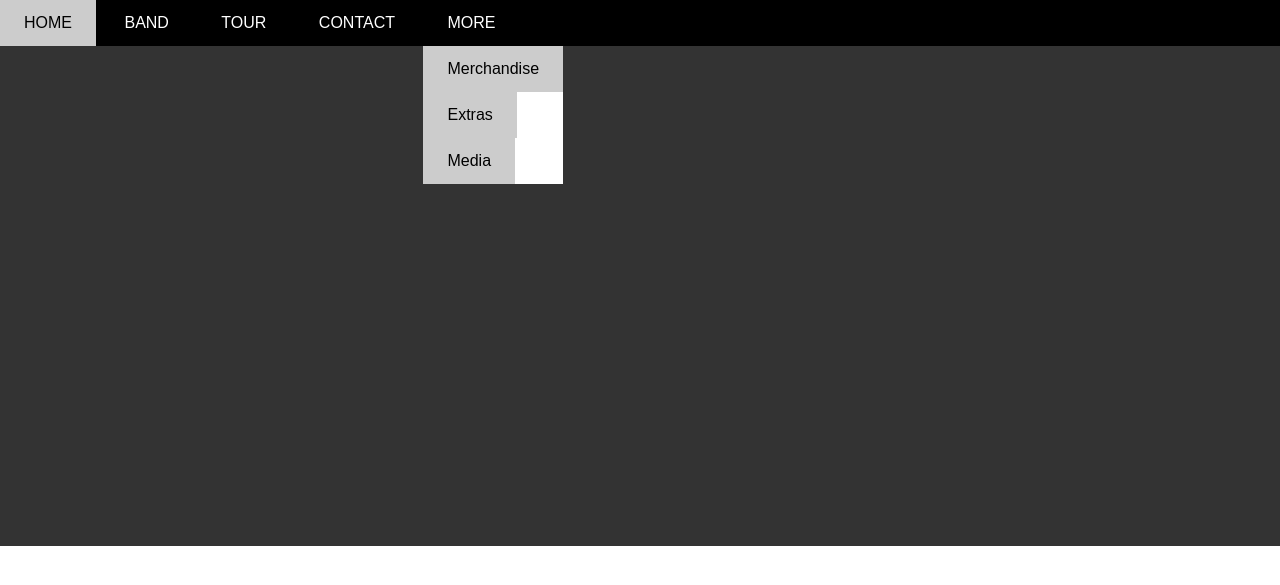
Repository: TranPhucThinh/clone-the-band
Page: index.html
The author's editor kept a copy of each file at every save. The page is drawn from the files as they stood at one save, then again after the next save.
The browser window is 1280 px wide. The pictures show the whole page.

Above is the page before, as saved 2022-08-03 22:54:40.

After the next save:
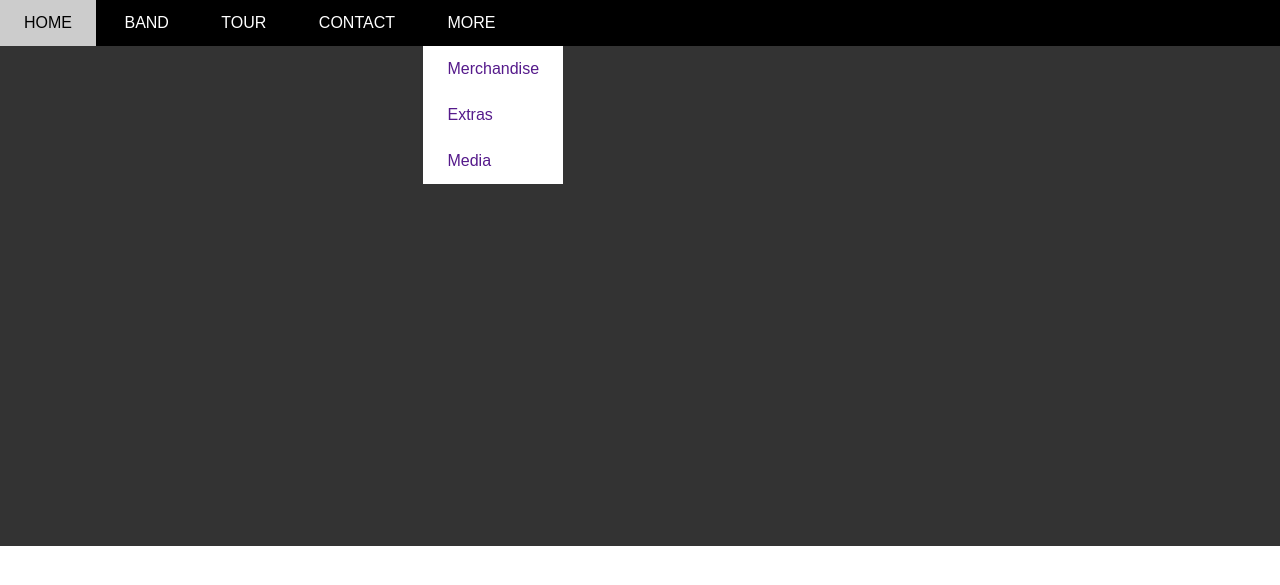
Saved 12 s later.
--- a/assets/style.css
+++ b/assets/style.css
@@ -40,7 +40,7 @@
   background-color: #fff;
 }
 
-#nav .subnav a {
+.subnav li:hover a {
   color: #000;
   background-color: #ccc;
 }
